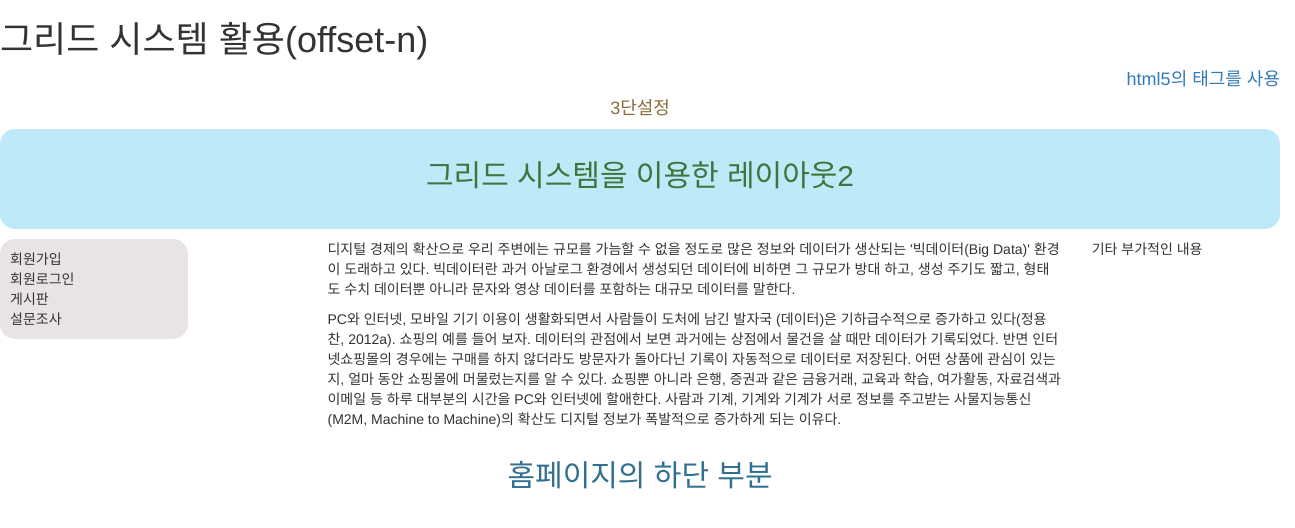
Repository: RYE415/4.jsp
Page: BootstrapTest/src/main/webapp/1.grid/grid5(3단).html
An editor plug-in stored every save of this project. The page is shown before and after the next save, followed by the edit.
The browser window is 1280 px wide. The page is 1295 px wide, so the pictures cover 1295 px, including what lies to the right of the window. The pictures show the whole page.
Some web fonts or font styles are not loaded; a fallback is used. Some web libraries are served in a nearby version.

Above is the page before, as saved 2022-08-08 03:13:43.

### BootstrapTest/src/main/webapp/1.grid/grid5(3단).html
<!DOCTYPE html>
<html lang="ko">
  <head>
    <meta charset="utf-8">
    <meta http-equiv="X-UA-Compatible" content="IE=edge">
    <meta name="viewport" content="width=device-width, initial-scale=1">
    <!-- 위 3개의 메타 태그는 *반드시* head 태그의 처음에 와야합니다; 어떤 다른 콘텐츠들은 반드시 이 태그들 *다음에* 와야 합니다 -->
    <title>bootstrap 예제</title>

    <!-- 부트스트랩 -->
    <link href="../css/bootstrap.min.css" rel="stylesheet">
    <style>
	@import url(http://fonts.googleapis.com/earlyaccess/nanumgothic.css);
	header{
			height:100px;
			background-color:rgba(125,211,242,0.5); /*투명도*/
			border-radius:15px;padding:10px;margin:10px 0;
			font-family:'Nanum Gothic',sans-serif;
			text-align:center;
	}
	footer{
			font-family:'Nanum Gothic',sans-serif;
			text-align:center;
	}
	ul.nav{
			background-color:rgba(210,201,201,.5);/*투명도*/
			border-radius:15px;padding:10px;
	}
	banner{
			background-color:rgba(210,201,201,.5);/*투명도*/
			border-radius:10px;padding:10px;
			height:185px;
	}
    </style>

    <!-- IE8 에서 HTML5 요소와 미디어 쿼리를 위한 HTML5 shim 와 Respond.js -->
    <!-- WARNING: Respond.js 는 당신이 file:// 을 통해 페이지를 볼 때는 동작하지 않습니다. -->
    <!--[if lt IE 9]>
      <script src="https://oss.maxcdn.com/html5shiv/3.7.2/html5shiv.min.js"></script>
      <script src="https://oss.maxcdn.com/respond/1.4.2/respond.min.js"></script>
    <![endif]-->
  </head>
  <body>
    <h1>그리드 시스템 활용(offset-n)</h1>

    <div id="container">
    <h4 class="text-primary text-right">html5의 태그를 사용</h4>
     <h4 class="text-warning text-center">3단설정</h4>

    	<!-- 머리말 -->
		<header>
			<h2 class="text-success">그리드 시스템을 이용한 레이아웃2</h2>
		</header>

		<div class="row">
			<div class="col-md-2">

			 <ul class="nav">
				<li>회원가입</li>
				<li>회원로그인</li>
				<li>게시판</li>
				<li>설문조사</li>
				</ul>
			</div>

			<!-- <div class="col-md-8 col-md-offset-1"> -->
			<div class="col-md-7 col-md-offset-1">
				<p>디지털 경제의 확산으로 우리 주변에는 규모를 가늠할 수 없을 정도로 많은 정보와 데이터가 생산되는
					'빅데이터(Big Data)' 환경이 도래하고 있다. 빅데이터란 과거 아날로그 환경에서 생성되던 데이터에 비하면 그
					규모가 방대 하고, 생성 주기도 짧고, 형태도 수치 데이터뿐 아니라 문자와 영상 데이터를 포함하는 대규모 데이터를
					말한다.</p>
				<p>PC와 인터넷, 모바일 기기 이용이 생활화되면서 사람들이 도처에 남긴 발자국 (데이터)은 기하급수적으로
					증가하고 있다(정용찬, 2012a). 쇼핑의 예를 들어 보자. 데이터의 관점에서 보면 과거에는 상점에서 물건을 살 때만
					데이터가 기록되었다. 반면 인터넷쇼핑몰의 경우에는 구매를 하지 않더라도 방문자가 돌아다닌 기록이 자동적으로 데이터로
					저장된다. 어떤 상품에 관심이 있는지, 얼마 동안 쇼핑몰에 머물렀는지를 알 수 있다. 쇼핑뿐 아니라 은행, 증권과 같은
					금융거래, 교육과 학습, 여가활동, 자료검색과 이메일 등 하루 대부분의 시간을 PC와 인터넷에 할애한다. 사람과 기계,
					기계와 기계가 서로 정보를 주고받는 사물지능통신 (M2M, Machine to Machine)의 확산도 디지털 정보가
					폭발적으로 증가하게 되는 이유다.</p>

			</div>
			<!-- 추가 -->
			<div class="col-md-2">
				<div class="banner">기타 부가적인 내용</div>
			</div>
		</div>

		<!-- 꼬리말 -->
		<footer>
			<h2 class="text-info">홈페이지의 하단 부분</h2>
		</footer>

    </div>

    <!-- jQuery (부트스트랩의 자바스크립트 플러그인을 위해 필요합니다) -->
    <script src="https://ajax.googleapis.com/ajax/libs/jquery/1.11.2/jquery.min.js"></script>
    <!-- 모든 컴파일된 플러그인을 포함합니다 (아래), 원하지 않는다면 필요한 각각의 파일을 포함하세요 -->
    <script src="../js/bootstrap.min.js"></script>
  </body>
</html>

Loaded but not shown: BootstrapTest/src/main/webapp/css/bootstrap.min.css (library); BootstrapTest/src/main/webapp/js/bootstrap.min.js (library)

After the next save:
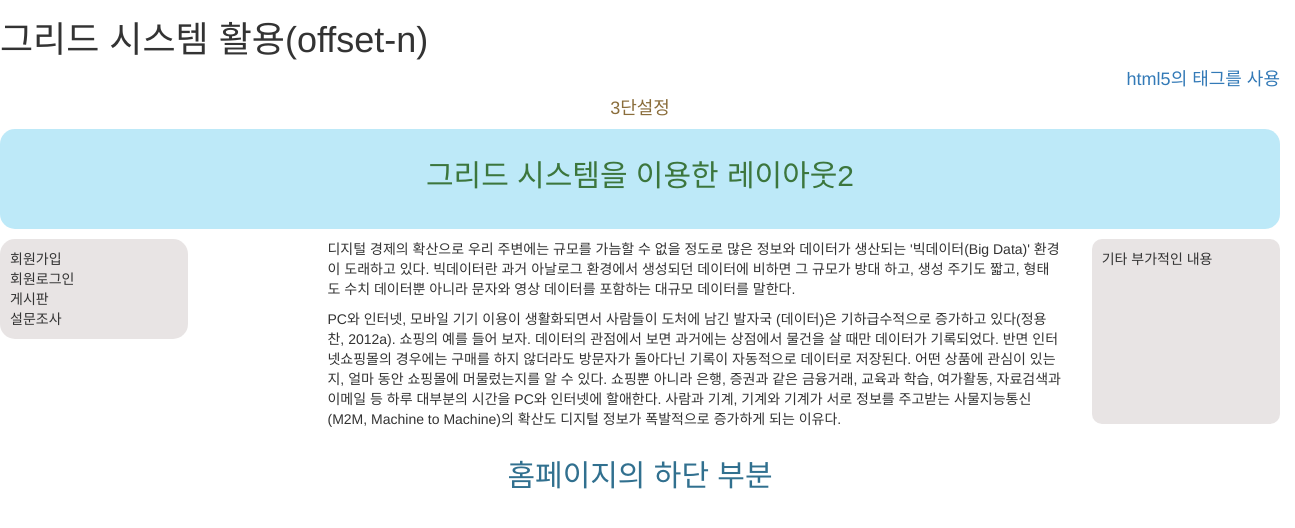
Saved 54 s later.
--- a/BootstrapTest/src/main/webapp/1.grid/grid5(3단).html
+++ b/BootstrapTest/src/main/webapp/1.grid/grid5(3단).html
@@ -26,7 +26,7 @@
 			background-color:rgba(210,201,201,.5);/*투명도*/
 			border-radius:15px;padding:10px;
 	}
-	banner{
+	.banner{
 			background-color:rgba(210,201,201,.5);/*투명도*/
 			border-radius:10px;padding:10px;
 			height:185px;
